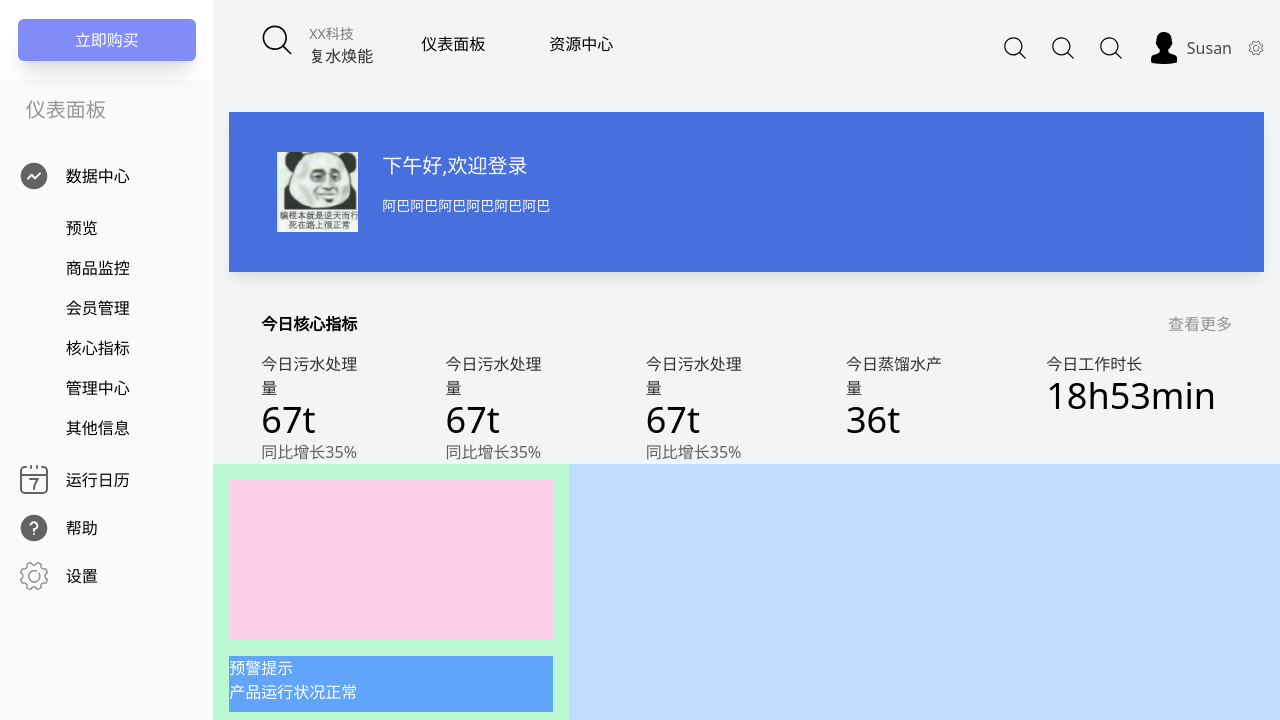
Repository: LiuRuohui/useWater
Page: /
The author's editor kept a copy of each file at every save. The page is drawn from the files as they stood at one save, then again after a run of saves.
The browser window is 1280 px wide. The pictures show the whole page.
The project was rebuilt for these pictures with package versions that can differ from the ones it lists, and the page was loaded fresh each time. Also part of the build but not shown: vite.config.js.

Above is the page before, as saved 2022-04-06 23:37:01.

### src/App.vue
<script setup>
import HelloWorld1 from './components/HelloWorld.vue';
</script>

<template>
  <HelloWorld1></HelloWorld1>
</template>

<style>
</style>

### src/index.css
@tailwind base;
@tailwind components;
.inputFrame {
    @apply appearance-none rounded-none relative block w-full px-3 py-2 border border-gray-300 placeholder-gray-500 text-gray-900
}

.inputFrame:focus {
    @apply outline-none border-indigo-500 z-10 inline-block px-5 py-3 rounded-lg shadow-lg
}

.btn {
    @apply relative flex w-full justify-center py-2 border border-transparent font-medium rounded-md text-white bg-indigo-400
}

.btn:hover {
    @apply bg-indigo-500
}

.btn:focus {
    @apply outline-none ring-2 ring-offset-2 ring-indigo-400
}

@tailwind utilities;

### src/components/HelloWorld.vue
<script setup>

</script>

<template>
<div class="w-full h-screen flex flex-row select-none">
  <div class="w-1/5 h-screen justify-center items-center flex flex-col">
    <div class="w-full h-20 justify-center items-center flex">
        <div class="w-5/6">
            <button class="btn text-white justify-center items-center shadow-xl">立即购买</button>
        </div>
    </div>
    <div class="w-full flex flex-grow bg-gray-50 justify-center">
        <div class="w-5/6 pt-4 flex flex-col">
            <div class="h-8 text-xl opacity-40 pl-2">仪表面板</div>
            <div class="mt-4 flex flex-grow flex-col">
                <div class="flex flex-col py-2 hover:cursor-pointer">
                    <div class="flex flex-row py-2 hover:bg-blue-200 hover:cursor-pointer">
                      <img src="../assets/数据.svg" alt="" class="h-8 opacity-60">
                      <div class="pl-4 pt-1">数据中心</div>
                    </div>
                    <div class="mt-2 flex flex-col hover:cursor-pointer">
                        <div class="py-2 pl-12 hover:bg-blue-200">预览</div>
                        <div class="py-2 pl-12 hover:bg-blue-200">商品监控</div>
                        <div class="py-2 pl-12 hover:bg-blue-200">会员管理</div>
                        <div class="py-2 pl-12 hover:bg-blue-200">核心指标</div>
                        <div class="py-2 pl-12 hover:bg-blue-200">管理中心</div>
                        <div class="py-2 pl-12 hover:bg-blue-200">其他信息</div>
                    </div>
                </div>
                <div class="flex flex-row py-2 hover:bg-blue-200 hover:cursor-pointer">
                  <img src="../assets/日历.svg" alt="" class="h-8 opacity-60">
                  <div class="pl-4 pt-1">运行日历</div>
                </div>
                <div class="flex flex-row py-2 hover:bg-blue-200 hover:cursor-pointer">
                  <img src="../assets/帮助.svg" alt="" class="h-8 opacity-60">
                  <div class="pl-4 pt-1">帮助</div>
                </div>
                <div class="flex flex-row py-2 hover:bg-blue-200 hover:cursor-pointer">
                  <img src="../assets/设置.svg" alt="" class="h-8 opacity-60">
                  <div class="pl-4 pt-1">设置</div>
                </div>
            </div>
        </div>
    </div>
  </div>
  <div class="w-full flex flex-grow flex-col bg-gray-100">
      <div class="flex flex-row h-24">
          <img src="../assets/搜索.svg" alt="" class="h-8 mt-6 pl-12 hover:cursor-pointer">
          <div class="flex flex-col pt-6 px-4 hover:cursor-pointer">
              <div class="text-sm opacity-50">XX科技</div>
              <div class="text-md opacity-80">复水焕能</div>
          </div>
          <div class="text-base px-8 pt-8 hover:cursor-pointer">仪表面板</div>
          <div class="text-base px-8 pt-8 hover:cursor-pointer">资源中心</div>
          <div class="flex flex-grow flex-row-reverse">
              <img src="../assets/设置.svg" alt="" class="h-4 mt-10 mr-4 hover:cursor-pointer hover:bg-blue-100">
              <span class="my-9 mr-4 text-black text-base opacity-70 hover:cursor-pointer hover:bg-blue-100">Susan</span>
              <img src="../assets/用户.svg" alt="" class="h-8 mt-8 mr-2 hover:cursor-pointer hover:bg-blue-100">
              <img src="../assets/搜索.svg" alt="" class="h-6 mt-9 mr-6 hover:cursor-pointer hover:bg-blue-100">
              <img src="../assets/搜索.svg" alt="" class="h-6 mt-9 mr-6 hover:cursor-pointer hover:bg-blue-100">
              <img src="../assets/搜索.svg" alt="" class="h-6 mt-9 mr-6 hover:cursor-pointer hover:bg-blue-100">
          </div>
      </div>
      <div class="m-4 bg-blue-700 h-40 opacity-80 shadow-lg">
          <div class="flex flex-row h-24 my-8">
              <img src="../assets/测试图片.jpg" alt="" class="h-20 my-auto pl-12">
              <div class="flex flex-col pl-6 pt-2">
                  <div class="text-xl text-white">下午好,欢迎登录</div>
                  <div class="text-sm text-white pt-4">阿巴阿巴阿巴阿巴阿巴阿巴</div>
              </div>
          </div>
      </div>
      <div class="h-40 my-2 mx-4">
          <div class="flex flex-col pt-4 pl-8">
              <div class="flex flex-row">
                  <div class="font-black text-black">今日核心指标</div>
                  <div class="flex flex-grow flex-row-reverse opacity-40 pr-8">查看更多</div>
              </div>
              <div class="flex flex-grow flex-row mt-4">
                  <div class="flex flex-col pr-8">
                      <div class="opacity-80">今日污水处理量</div>
                      <div class="text-4xl">67t</div>
                      <div class="opacity-60">同比增长35%</div>
                  </div>
                  <div class="flex flex-col px-12">
                      <div class="opacity-80">今日污水处理量</div>
                      <div class="text-4xl">67t</div>
                      <div class="opacity-60">同比增长35%</div>
                  </div>
                  <div class="flex flex-col px-12">
                      <div class="opacity-80">今日污水处理量</div>
                      <div class="text-4xl">67t</div>
                      <div class="opacity-60">同比增长35%</div>
                  </div>
                  <div class="flex flex-col px-12">
                      <div class="opacity-80">今日蒸馏水产量</div>
                      <div class="text-4xl">36t</div>
                  </div>
                  <div class="flex flex-col px-12">
                      <div class="opacity-80">今日工作时长</div>
                      <div class="text-4xl">18h53min</div>
                  </div>
              </div>
          </div>
      </div>
      <div class="flex flex-grow flex-row bg-blue-200">
          <div class="w-1/3 bg-green-200 flex flex-col">
              <div class="flex h-40 m-4 bg-pink-200">

              </div>
              <div class="flex flex-grow bg-blue-400 mx-4 mb-2">
                  <div class="flex flex-col">
                      <div class="flex flex-row">
                          <div class="text-white">预警提示</div>
                          <img src="" alt="">
                      </div>
                      <div class="flex flex-grow text-white">产品运行状况正常</div>
                  </div>
              </div>
          </div>
      </div>
  </div>
</div>
</template>

<style scoped>

</style>

### tailwind.config.js
module.exports = {
    content: [
        "./index.html",
        "./src/**/*.{vue,js,ts,jsx,tsx}",
    ],
    theme: {
        extend: {},
    },
    variants: {
        backgroundColor: ['responsive', 'hover', 'focus', 'active']
    },
    plugins: [],
}

Loaded but not shown: index.html (common file); src/main.js (common file)

After the next 2 saves:
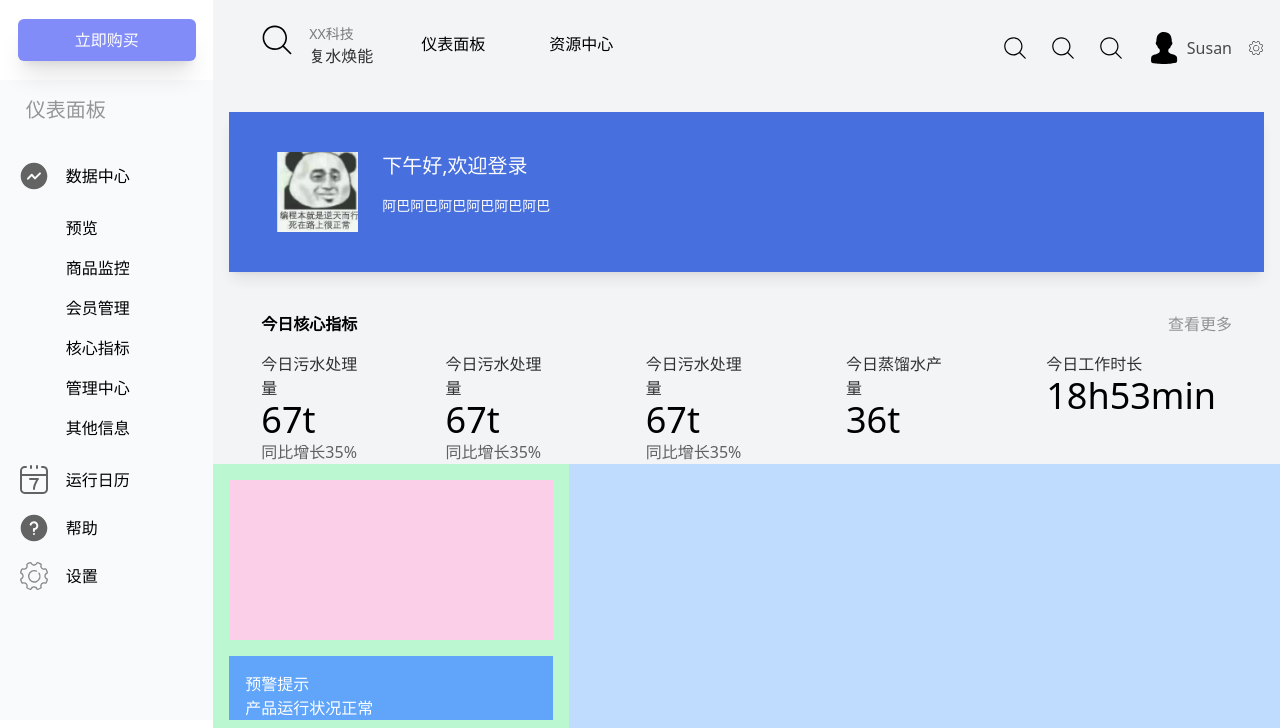
The 2 saves are shown as one change because they came seconds apart.
The last was saved 16 s later.
--- a/src/components/HelloWorld.vue
+++ b/src/components/HelloWorld.vue
@@ -110,7 +110,7 @@
 
               </div>
               <div class="flex flex-grow bg-blue-400 mx-4 mb-2">
-                  <div class="flex flex-col">
+                  <div class="flex flex-col pl-4 pt-4">
                       <div class="flex flex-row">
                           <div class="text-white">预警提示</div>
                           <img src="" alt="">
